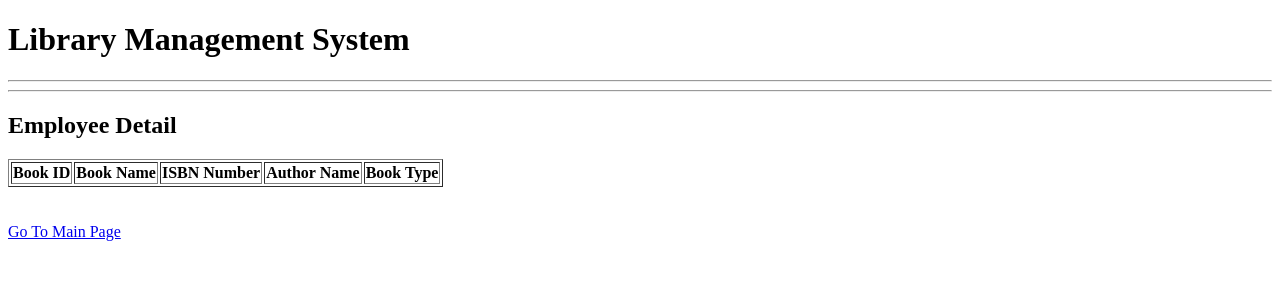
Repository: Sanketh-Binary/Library-Management-System-Spring
Page: http://localhost/ShowAllBooks
These files come from the project's save history. The page is drawn as it stood at one moment and after the next save; the edit follows.
The browser window is 1280 px wide. The pictures show the whole page.
The page is this project's Thymeleaf template; nobody is signed in. The template is opened directly, without the code that normally fills it, so the values that code supplies are empty.

Above is the page before, as saved 2022-08-15 16:46:03.

### lms-spring-group-project/src/main/resources/templates/ShowAllBooks.html
<!DOCTYPE html>
<html xmlns:th="https://thymeleaf.org">
<head>
    <meta charset="ISO-8859-1">
    <title>Insert title here</title>
</head>
<body>
<h1>Library Management System</h1>
<hr>

<hr>
<h2>Employee Detail</h2>
<table border="1">
    <tr>
        <th>Book ID</th>
        <th>Book Name</th>
        <th>ISBN Number</th>
        <th>Author Name</th>
        <th>Book Type</th>

        </tr>
    <tr th:each="book : ${bookList}">
        <td th:text="${book.bookNumber}"></td>
        <td th:text="${book.bookName}"></td>
        <td th:text="${book.isbnNumber}"></td>
        <td th:text="${book.authorName}"></td>
        <td th:text="${book.bookType}"></td>
        <td th:text="${book.publisherName}"></td>
    </tr>
</table>
<br><br>
<a href="./adminLand">Go To Main Page</a>
</body>
</html>

After the next save:
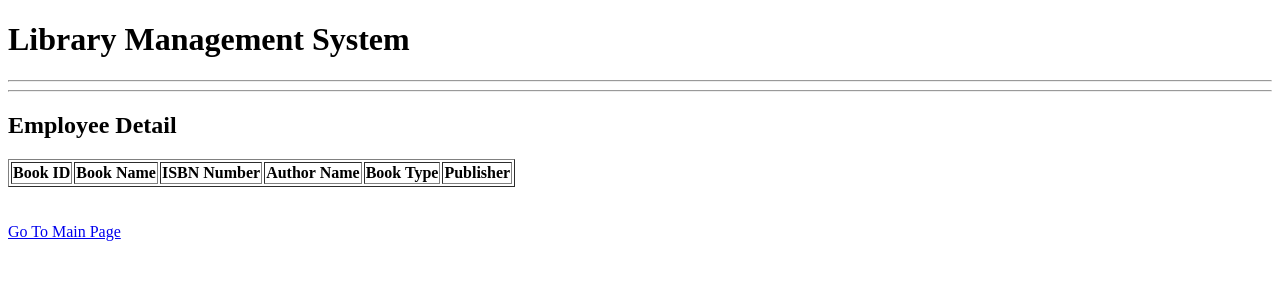
Saved 25 s later.
--- a/lms-spring-group-project/src/main/resources/templates/ShowAllBooks.html
+++ b/lms-spring-group-project/src/main/resources/templates/ShowAllBooks.html
@@ -17,6 +17,7 @@
         <th>ISBN Number</th>
         <th>Author Name</th>
         <th>Book Type</th>
+         <th>Publisher</th>
 
         </tr>
     <tr th:each="book : ${bookList}">
